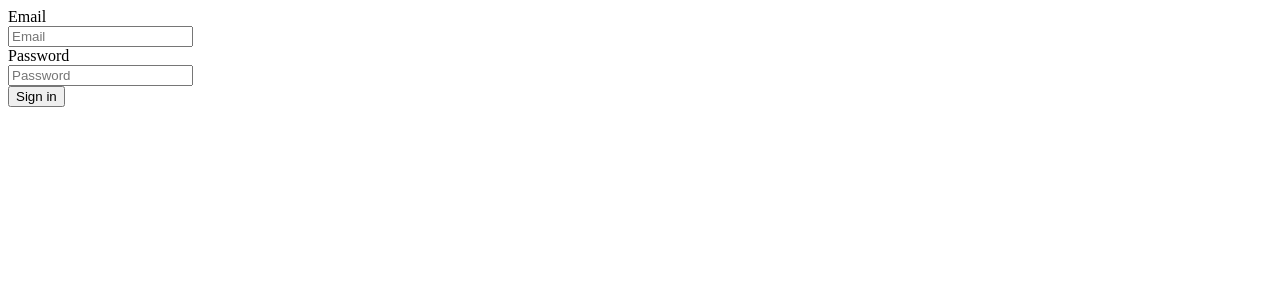
Repository: organicos/organicos.github.io
Page: partials/security/signin.html
The author's editor kept a record of every edit. The page is drawn from the files as they stood at one moment, then again after the next edit.
The browser window is 1280 px wide. The pictures show the whole page.

Above is the page before.

After the next edit:
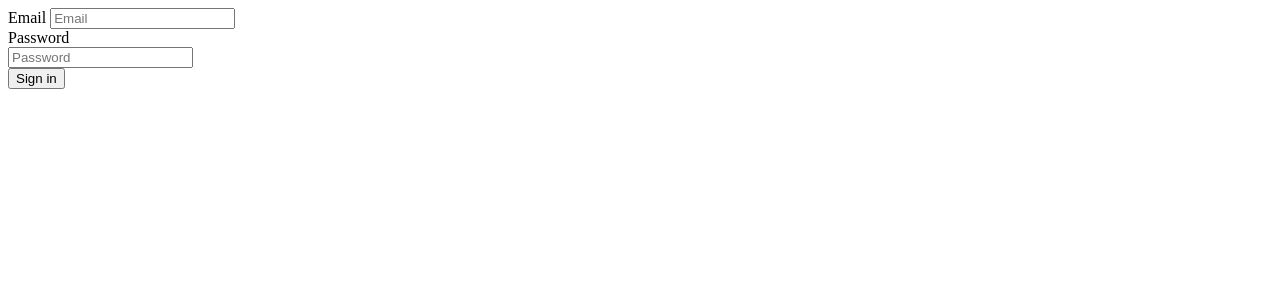
The edit:
--- a/partials/security/signin.html
+++ b/partials/security/signin.html
@@ -2,11 +2,8 @@
     <div class="col-sm-offset-6 col-sm-12">
         <form class="form" role="form" ng-submit="signin()">
             <div class="form-group">
-                <label for="email" class="col-sm-4 control-label">Email</label>
-                <div class="col-sm-20">
-                    <input type="email" class="form-control" id="email" placeholder="Email" ng-model="email">
-                </div>
-            </div>
+                <label for="email" class="control-label">Email</label>
+                <input type="email" class="form-control" id="email" placeholder="Email" ng-model="email">            </div>
             <div class="form-group">
                 <label for="password" class="col-sm-4 control-label">Password</label>
                 <div class="col-sm-20">
